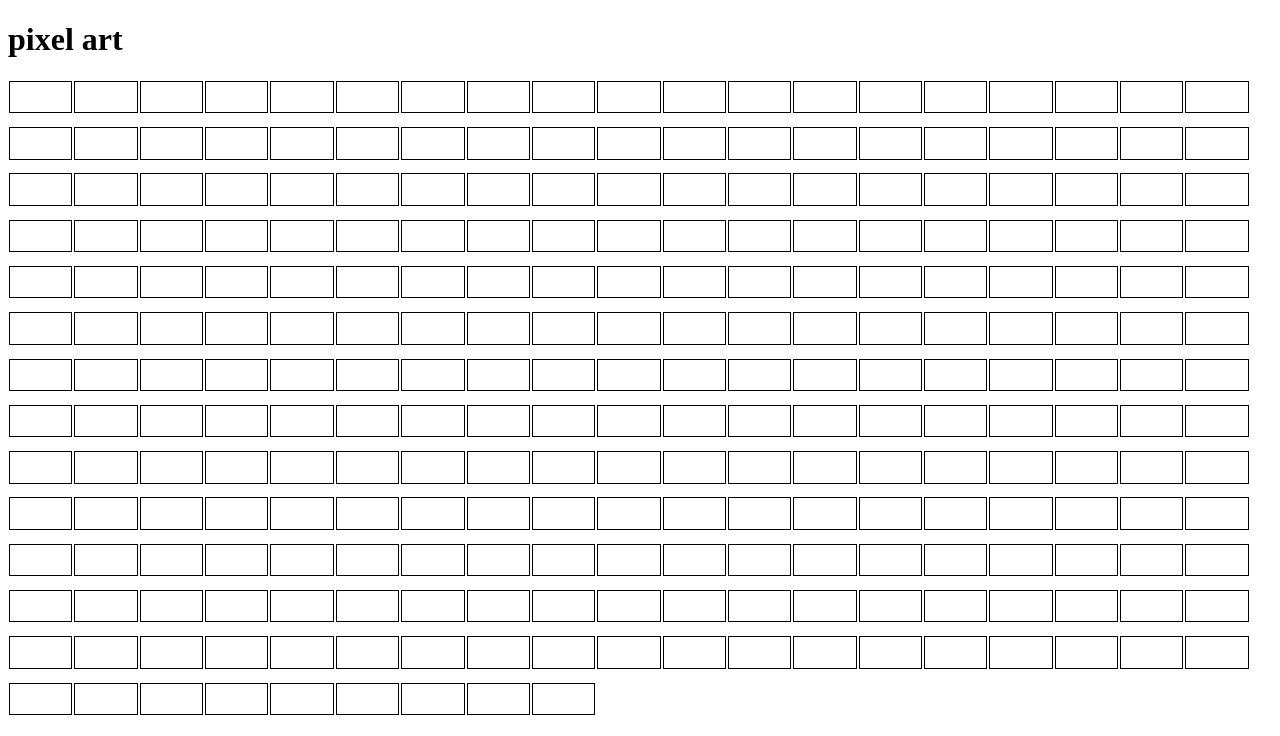
Repository: bechara611/pixelartdb
Page: /
The author's editor kept a copy of each file at every save. The page is drawn from the files as they stood at one save, then again after the next save.
The browser window is 1280 px wide. The pictures show the whole page.
The project was rebuilt for these pictures with package versions that can differ from the ones it lists, and the page was loaded fresh each time. Also part of the build but not shown: vite.config.js.

Above is the page before, as saved 2023-03-05 19:48:02.

### src/main.jsx
import React from 'react'
import ReactDOM from 'react-dom/client'
import App from './App'


ReactDOM.createRoot(document.getElementById('root')).render(

    <App />

)

### src/App.jsx

import { useState } from 'react'
import './App.css'
import { Pixel } from './Pixel'

const App=()=> {
const  [pixels, setPixels] = useState(
  Array.from({length:16*16})
)
const funcionArray=(index)=>{
  let nuevoArray = [...pixels]
  console.log(index)
 console.log(!nuevoArray[index])
}

  return (
    <>
      <h1>pixel art</h1>

      <div className="contenedor">
      {
        pixels.map((a,index)=>{
          return <Pixel key={index}
                  funcion={()=>funcionArray(index)}
          ></Pixel>
        })
      }

      </div>
    </>
  )
}

export default App

### src/App.css
.pixel {
  width: calc(100%/20);
  height: calc(100%/20);
  border: 1px solid black;
  margin: 1px;
  box-sizing: border-box;

}

.active {
  background: green;
}

.contenedor {

  display: flex;
  flex-direction: row;
  flex-wrap: wrap;


  width: 99vw;
  height: 90vh;

}

### src/Pixel.jsx
import React, { useState } from 'react'
import './App.css'
import {selectableGroup, createSelectable} from 'react-selectable-fast'
export const Pixel = (props) => {
    const [isActive, setisActive] = useState(false)
  return (

 <div className={`pixel ${props.active ? 'active' : ''}`} style={{ background:props.active ? props.color : ''}}
 onClick={()=>{
    setisActive(!isActive)
    props.funcion();
}}
onMouseDown={()=>{props.onMouseDown()}}
onMouseUp={()=>{props.onMouseUp()}}
onTouchEnd={()=>{props.onMouseUp()}}
onMouseOver={()=>{props.onMouseOver()}}
onTouchStart={()=>{{
    props.onMouseDown()
    props.onMouseOver()}}}
 >

 </div>
  )
}

Loaded but not shown: index.html (common file)

After the next save:
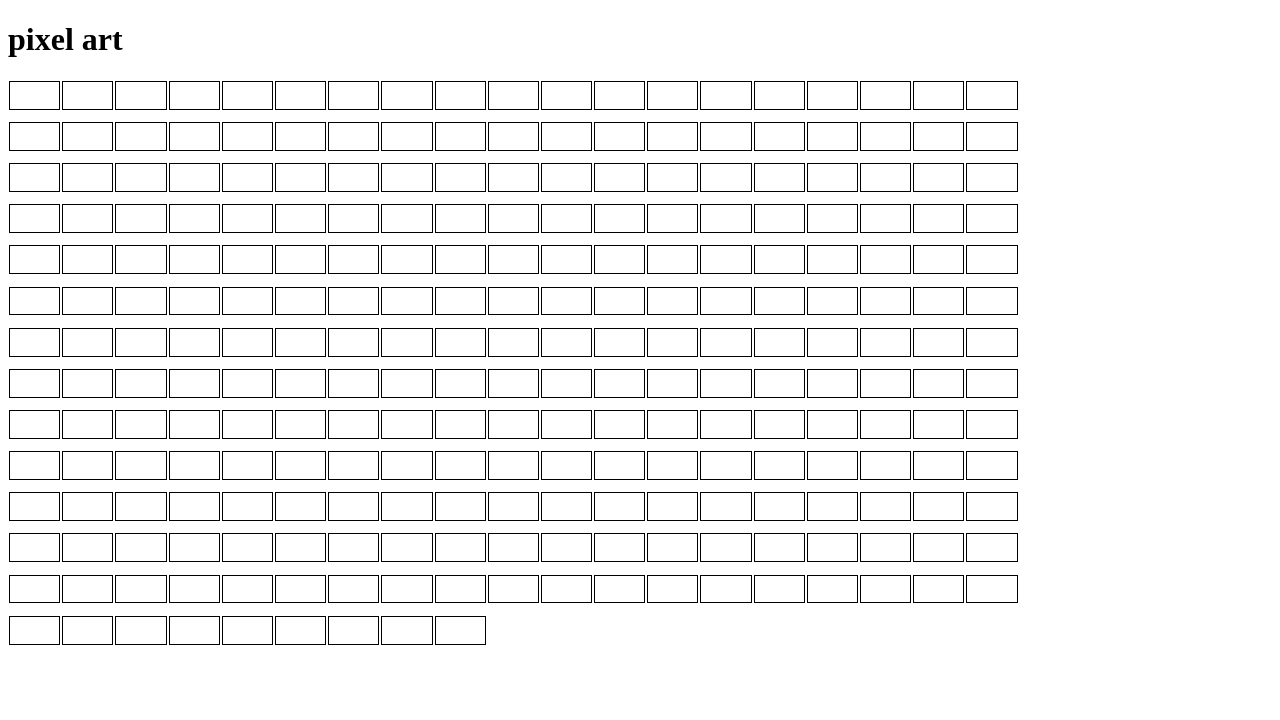
Saved 27 s later.
--- a/src/App.css
+++ b/src/App.css
@@ -18,7 +18,7 @@
   flex-wrap: wrap;
 
 
-  width: 99vw;
-  height: 90vh;
+  width: 80vw;
+  height: 80vh;
 
 }
